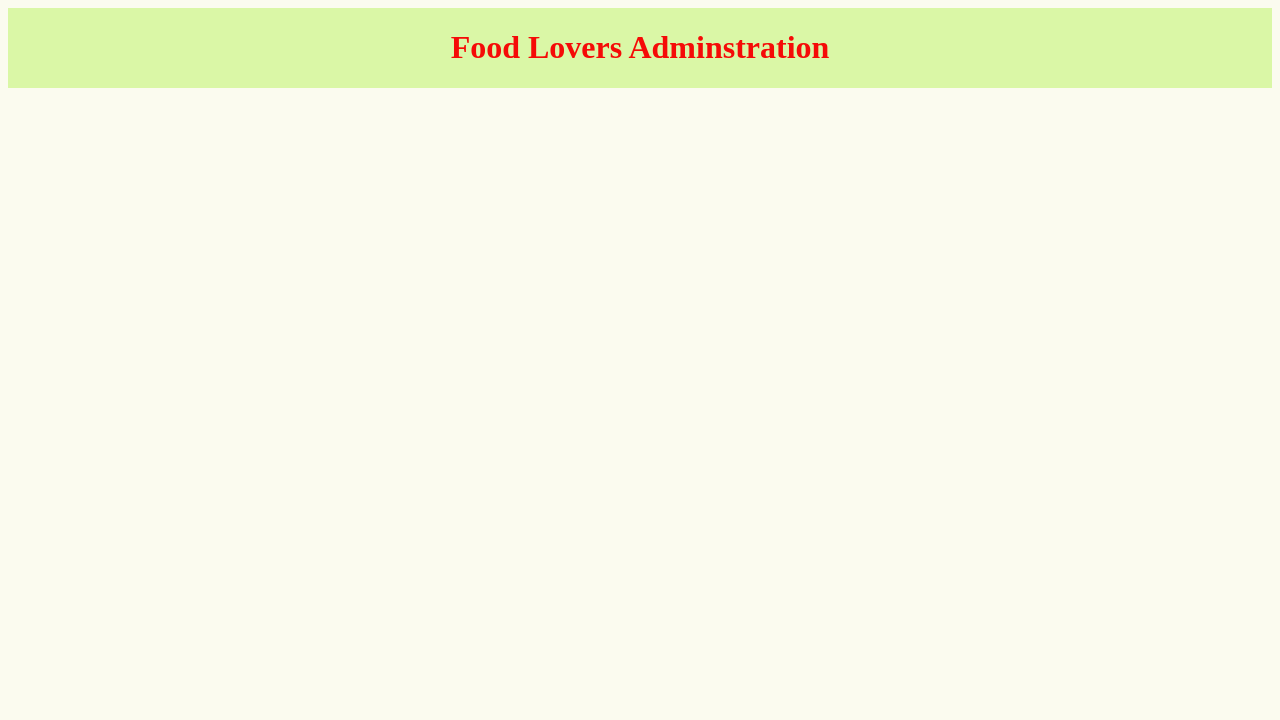
Repository: csula-students/cs-3220-summer-2017-kjuneja
Page: http://localhost/lab4/AdminCreate-food.jsp
An editor plug-in stored every save of this project. The page is shown before and after the next save, followed by the edit.
The browser window is 1280 px wide. The pictures show the whole page.
Pictures or frames that could not be fetched are drawn as grey boxes. The page is served by Tomcat 9.

Above is the page before, as saved 2017-07-20 17:28:33.

After the next save:
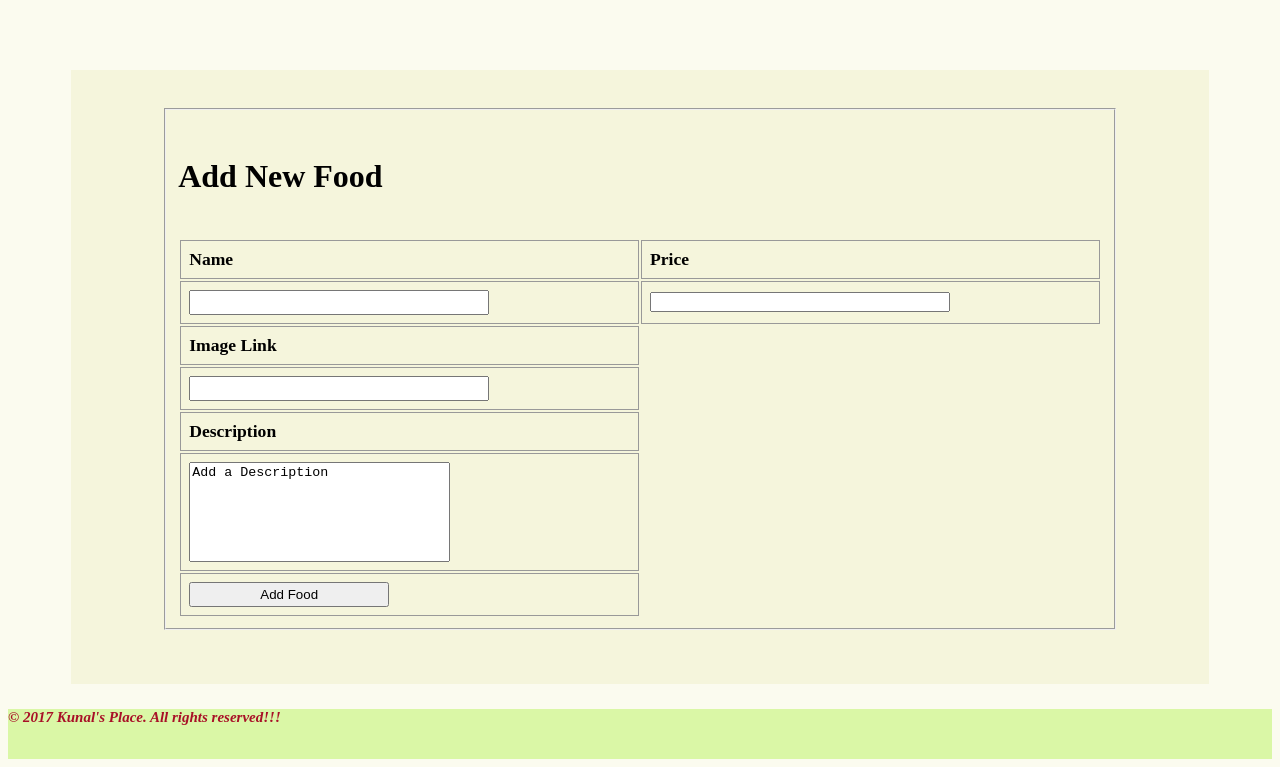
Saved 41 s later.
--- a/lab4/lab4/WebContent/AdminCreate-food.jsp
+++ b/lab4/lab4/WebContent/AdminCreate-food.jsp
@@ -10,7 +10,7 @@
 <link rel="stylesheet" href="app.css">
 <meta http-equiv="Content-Type" content="text/html; charset=UTF-8">
 </head>
-<tag:Aheader/>
+
 <body>
 
 <section>
@@ -60,7 +60,9 @@
 
 </section>
 
-
+    <footer>
+			<h5> © 2017 Kunal's Place. All rights reserved!!!</h5>
+		</footer>
 
 	</body>
 	</html>

After the save that followed:
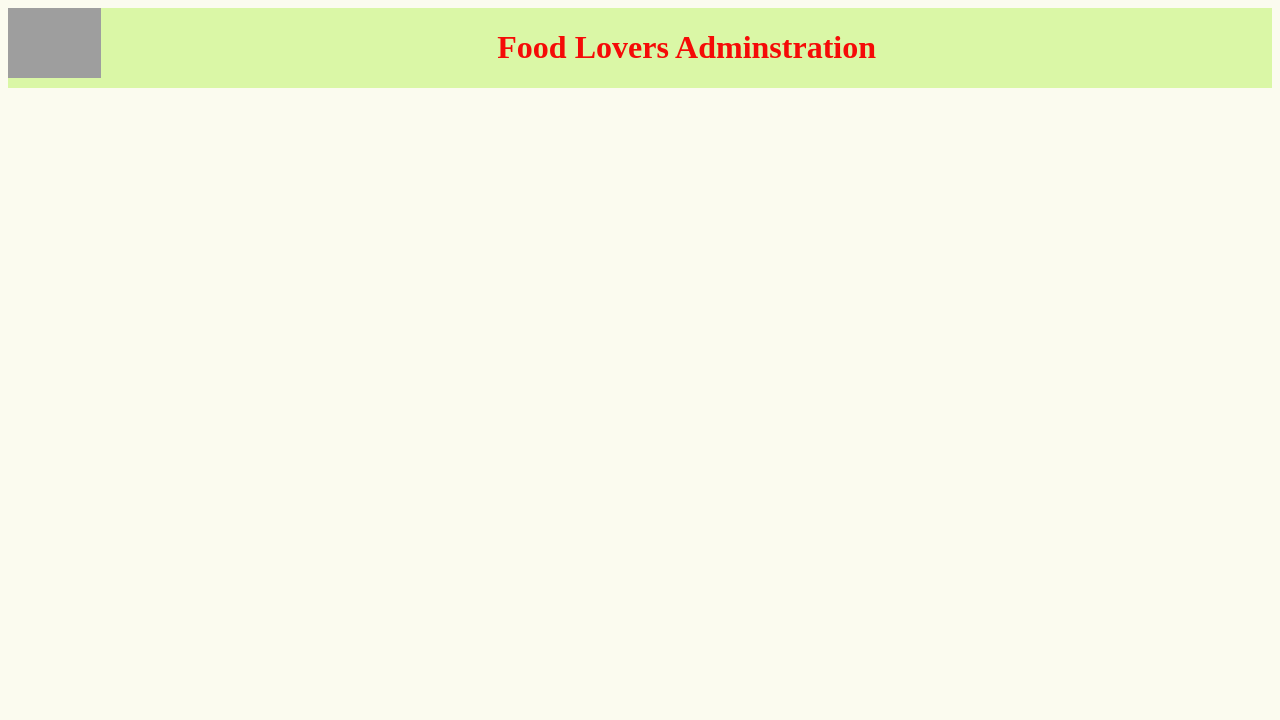
Saved 16 s later.
--- a/lab4/lab4/WebContent/AdminCreate-food.jsp
+++ b/lab4/lab4/WebContent/AdminCreate-food.jsp
@@ -10,7 +10,7 @@
 <link rel="stylesheet" href="app.css">
 <meta http-equiv="Content-Type" content="text/html; charset=UTF-8">
 </head>
-
+<tag:Aheader/>
 <body>
 
 <section>
@@ -57,8 +57,8 @@
 </table>
 </fieldset>
 </form>
+</section>
 
-</section>
 
     <footer>
 			<h5> © 2017 Kunal's Place. All rights reserved!!!</h5>
